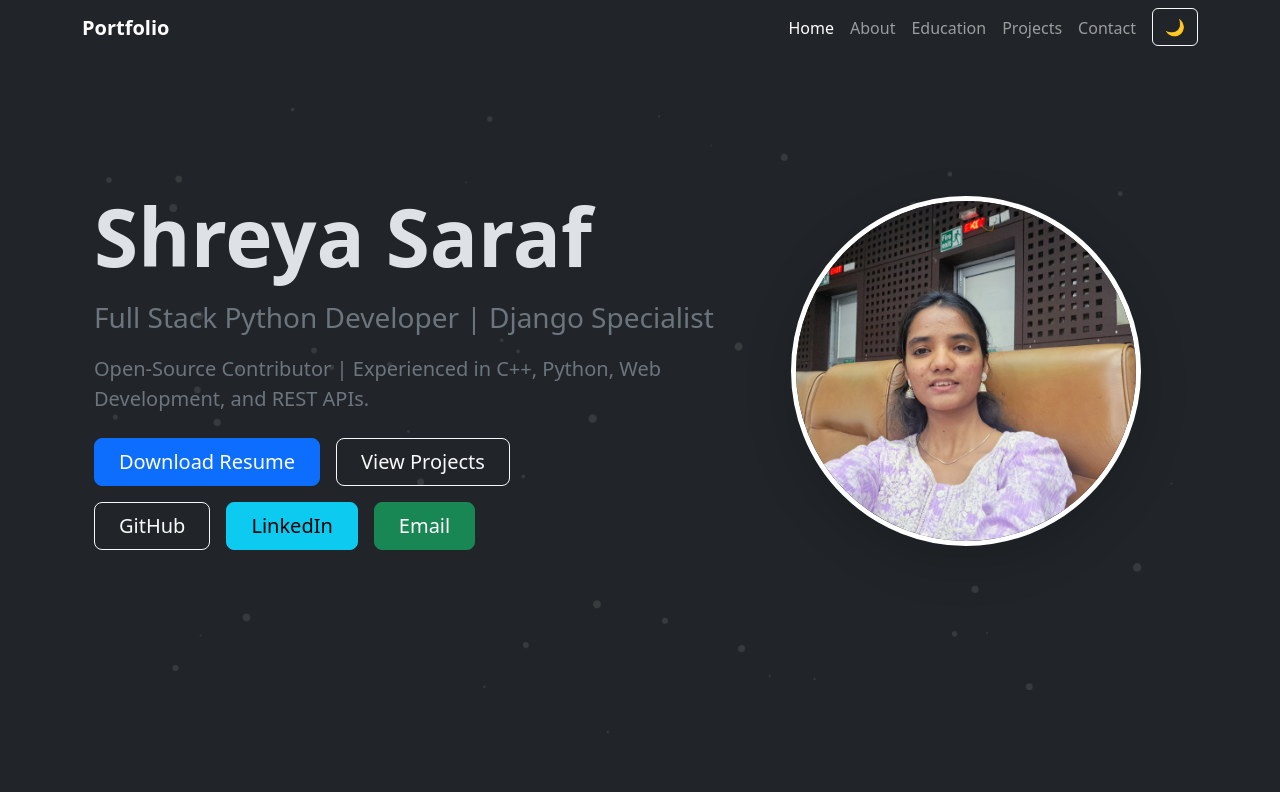
Repository: Shreyasaraf01/shreya-portfolio
Page: http://localhost/
These files come from the project's save history. The page is drawn as it stood at one moment and after the next save; the edit follows.
The browser window is 1280 px wide. The pictures show the whole page.
The page is served by the project's application, run on Django 5.2 (manage.py).

Above is the page before, as saved 2025-09-13 23:43:32.

After the next save:
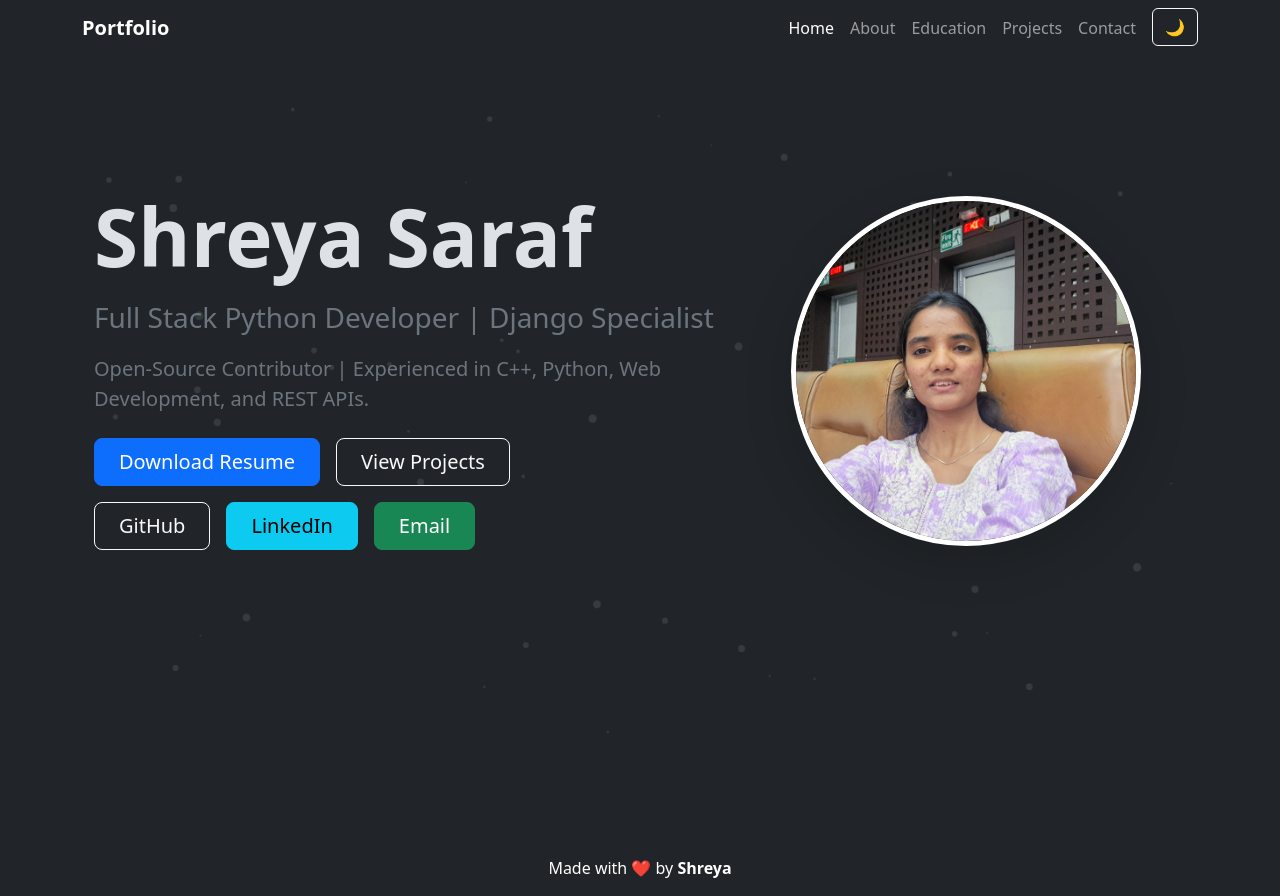
Saved 4 min 18 s later.
--- a/main/templates/base.html
+++ b/main/templates/base.html
@@ -35,6 +35,11 @@
     {% block content %}{% endblock %}
   </div>
 
+  <!-- Footer -->
+<footer class="text-center py-3 bg-dark text-white mt-5">
+  Made with ❤️ by <strong>Shreya</strong>
+</footer>
+
   <script src="https://cdn.jsdelivr.net/npm/bootstrap@5.3.3/dist/js/bootstrap.bundle.min.js"></script>
 </body>
 </html>
